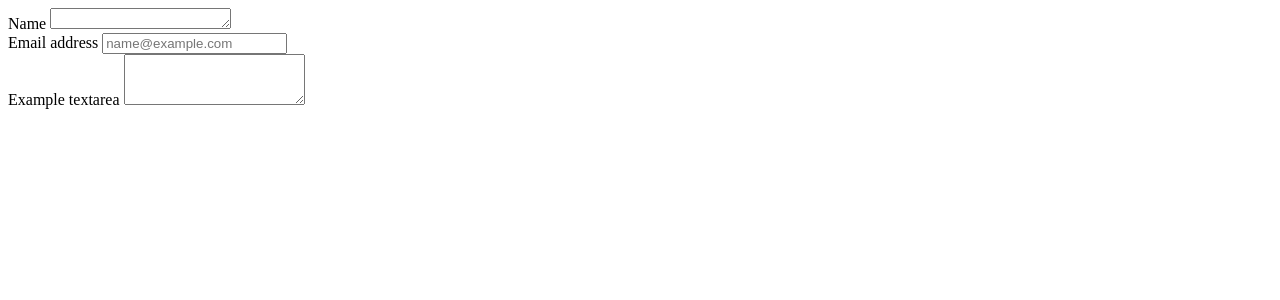
Repository: piemontc/dd-pharmacy
Page: public/pages/contact.html
The author's editor kept a record of every edit. The page is drawn from the files as they stood at one moment, then again after the next edit.
The browser window is 1280 px wide. The pictures show the whole page.

Above is the page before.

After the next edit:
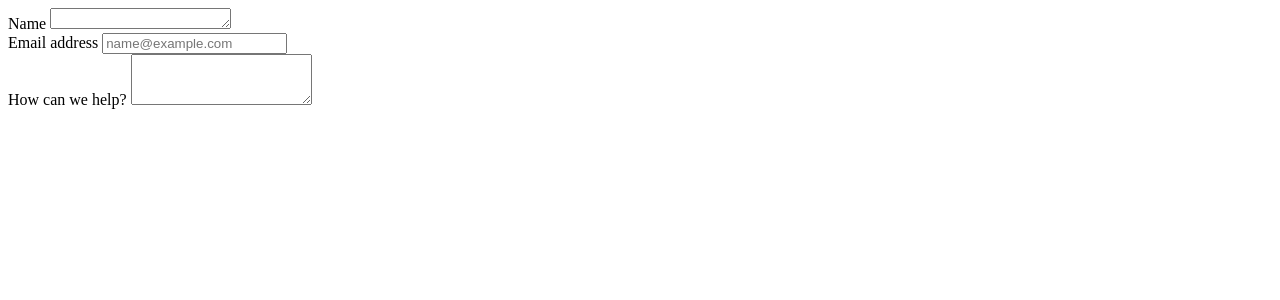
The edit:
--- a/public/pages/contact.html
+++ b/public/pages/contact.html
@@ -10,8 +10,8 @@
             <input type="email" class="form-control" id="email" placeholder="name@example.com">
         </div>
         <div class="form-group">
-            <label for="exampleFormControlTextarea1">Example textarea</label>
-            <textarea class="form-control" id="exampleFormControlTextarea1" rows="3"></textarea>
+            <label for="message">How can we help?</label>
+            <textarea class="form-control" id="message" rows="3"></textarea>
         </div>
     </form>
 
